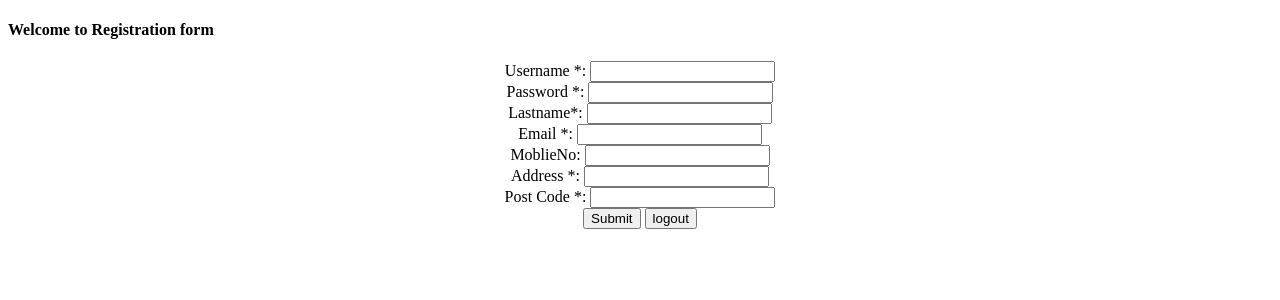
Repository: Ashwini-Tikotekar/servlets
Page: LoginRegistrationApp/WebContent/registration.html
An editor plug-in stored every save of this project. The page is shown before and after the next save, followed by the edit.
The browser window is 1280 px wide. The pictures show the whole page.

Above is the page before, as saved 2019-01-23 09:23:43.

### LoginRegistrationApp/WebContent/registration.html
<!DOCTYPE html>
<html>
<head>
<meta charset="UTF-8">
<title>Registration</title>
</head>
<body>
<h4> Welcome to Registration form</h4>
<form action="registration" method ="get">
		<div align="center">
			Username *: <input type="username" name="username" required><br />
			Password *: <input type="password" name="pwd" /><br />
			Lastname*: <input type="lastname" name="lname" /><br />
			Email *: <input type="email" name="email" /><br />
			MoblieNo: <input type="mobileno" name="mob" /><br />
			Address *: <input type="address" name="add" /><br />
			Post Code *: <input type="postcode" name="ptc" /><br />

		<input type="submit" value="Submit" />
		<input type="submit" value="logout"/>
		<a href="logout.html"></a>
		</div>
	</form>
</body>
</html>

After the next save:
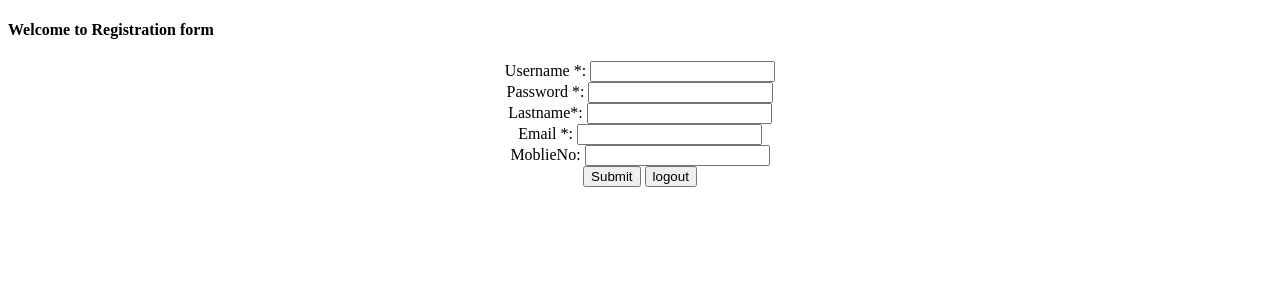
Saved 9 min 47 s later.
--- a/LoginRegistrationApp/WebContent/registration.html
+++ b/LoginRegistrationApp/WebContent/registration.html
@@ -13,8 +13,6 @@
 			Lastname*: <input type="lastname" name="lname" /><br />
 			Email *: <input type="email" name="email" /><br />
 			MoblieNo: <input type="mobileno" name="mob" /><br />
-			Address *: <input type="address" name="add" /><br />
-			Post Code *: <input type="postcode" name="ptc" /><br />
 
 		<input type="submit" value="Submit" />
 		<input type="submit" value="logout"/>
